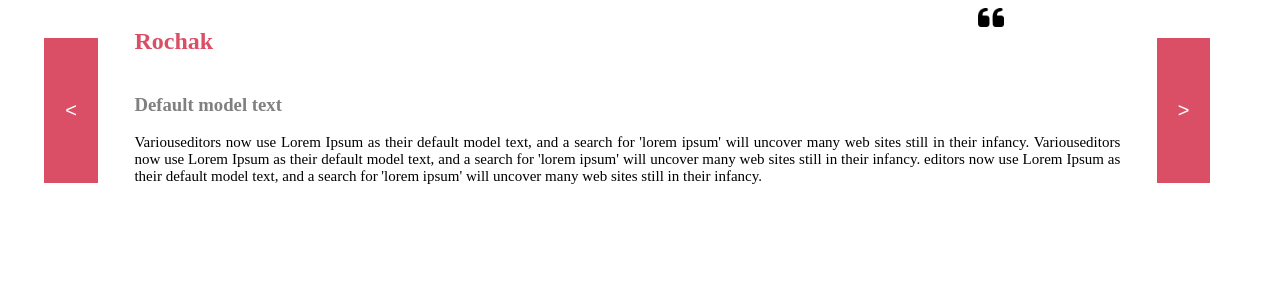
Repository: AVINKUMARP/gifts
Page: demo2.html
An editor plug-in stored every save of this project. The page is shown before and after the next save, followed by the edit.
The browser window is 1280 px wide. The pictures show the whole page.

Above is the page before, as saved 2023-08-24 14:07:09.

### demo2.html
<!DOCTYPE html>
<html lang="en">
<head>
    <meta charset="UTF-8">
    <meta name="viewport" content="width=device-width, initial-scale=1.0">
    <title>Document</title>
    <style>
        .container{
            display: flex;
            flex-wrap: wrap;
            text-align: center;
            margin: ;
        }
        .cbutl{
            width: 10%;
        }
        .cpara{
            width: 78%;
        }
        .cbutr{
            width: 10%;
        }
        .csub{
            display: flex;
            flex-wrap: wrap;
            justify-content: space-between;
        }
        .cbutl button{
            background-color: #db4f66;
            color: white;
            border:1px solid #db4f66;
            padding: 60px 20px;
            font-size: 20px;
        }
        .cbutl{
            padding-top: 30px;
        }
        .csub h2{
            text-align: start;

        }
        .ch h2{
            color:#db4f66;
        }
        .cpara h3{
            color:gray;
        }
        .cpara h3{
            text-align: start;
        }
        .cpara p{
            text-align: justify;
            font-size: 15px;
        }
    </style>
</head>
<body>
    <div class="container">
        <div class="cbutl"><button><</button></div>
        <div class="cpara">
            <div class="csub">
                <div class="ch"><h2>Rochak</h2>
                </div>
                <div class="cicon"><img src="./images/icon.png" alt="loading..." width="10%"></div>
            </div>
            <h3>Default model text</h3>
            <p>Variouseditors now use Lorem Ipsum as their default model text, and a search for 'lorem ipsum' will uncover many web sites still in their infancy. Variouseditors now use Lorem Ipsum as their default model text, and a search for 'lorem ipsum' will uncover many web sites still in their infancy. editors now use Lorem Ipsum as their default model text, and a search for 'lorem ipsum' will uncover many web sites still in their infancy.</p>
        </div>
        <div class="cbutl"><button>></button></div>
    </div>
</body>
</html>

After the next save:
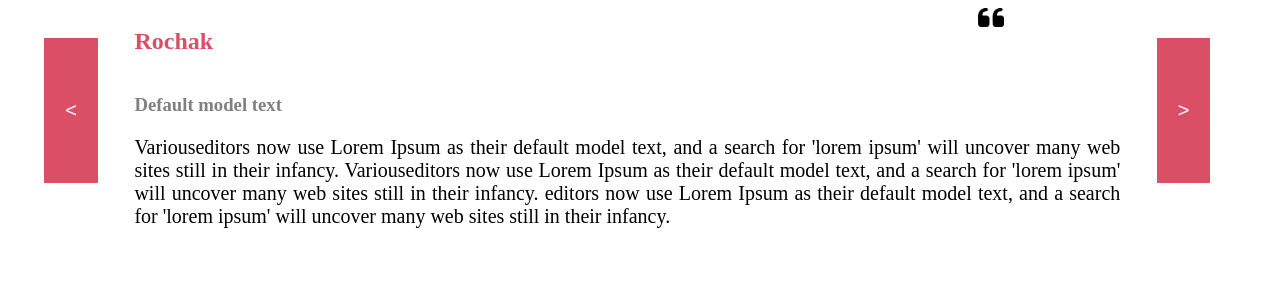
Saved 10 s later.
--- a/demo2.html
+++ b/demo2.html
@@ -50,7 +50,7 @@
         }
         .cpara p{
             text-align: justify;
-            font-size: 15px;
+            font-size: 20px;
         }
     </style>
 </head>
